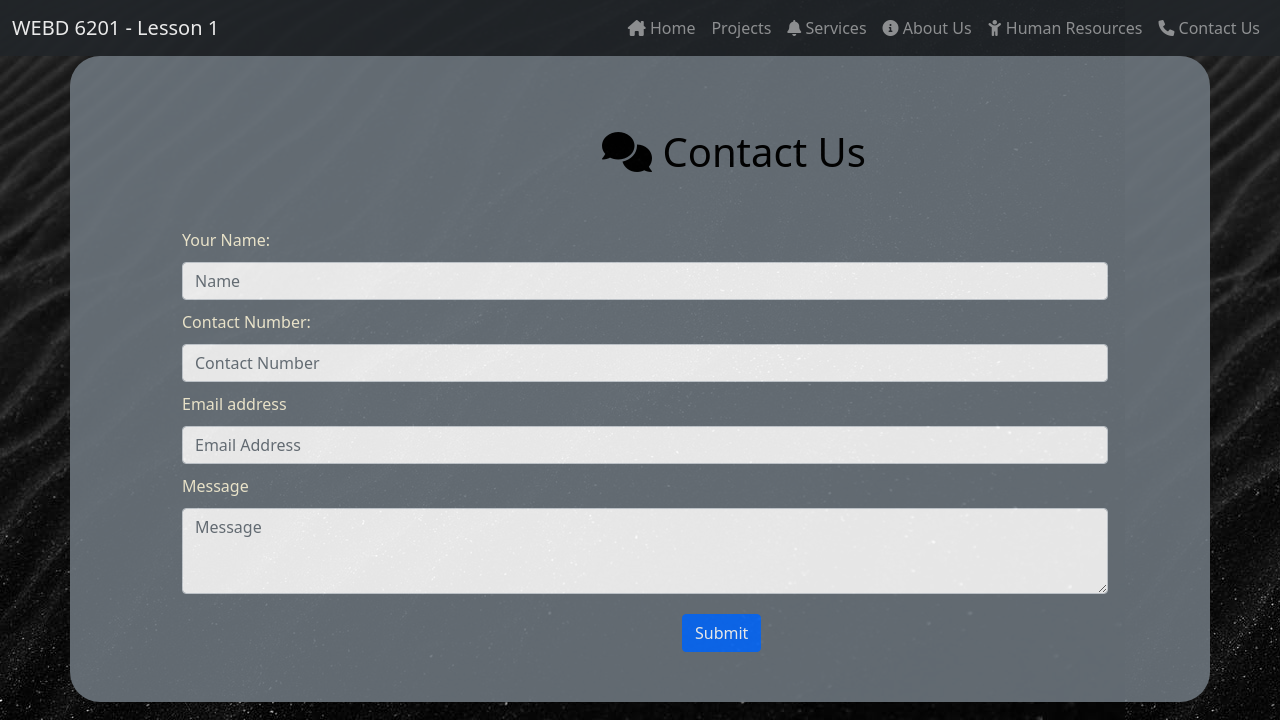
Repository: devanshudave1901/DevanshuDave_AngaranYogeswaranLab2
Page: contact.html
The author's editor kept a copy of each file at every save. The page is drawn from the files as they stood at one save, then again after the next save.
The browser window is 1280 px wide. The pictures show the whole page.

Above is the page before, as saved 2022-02-11 22:23:24.

After the next save:
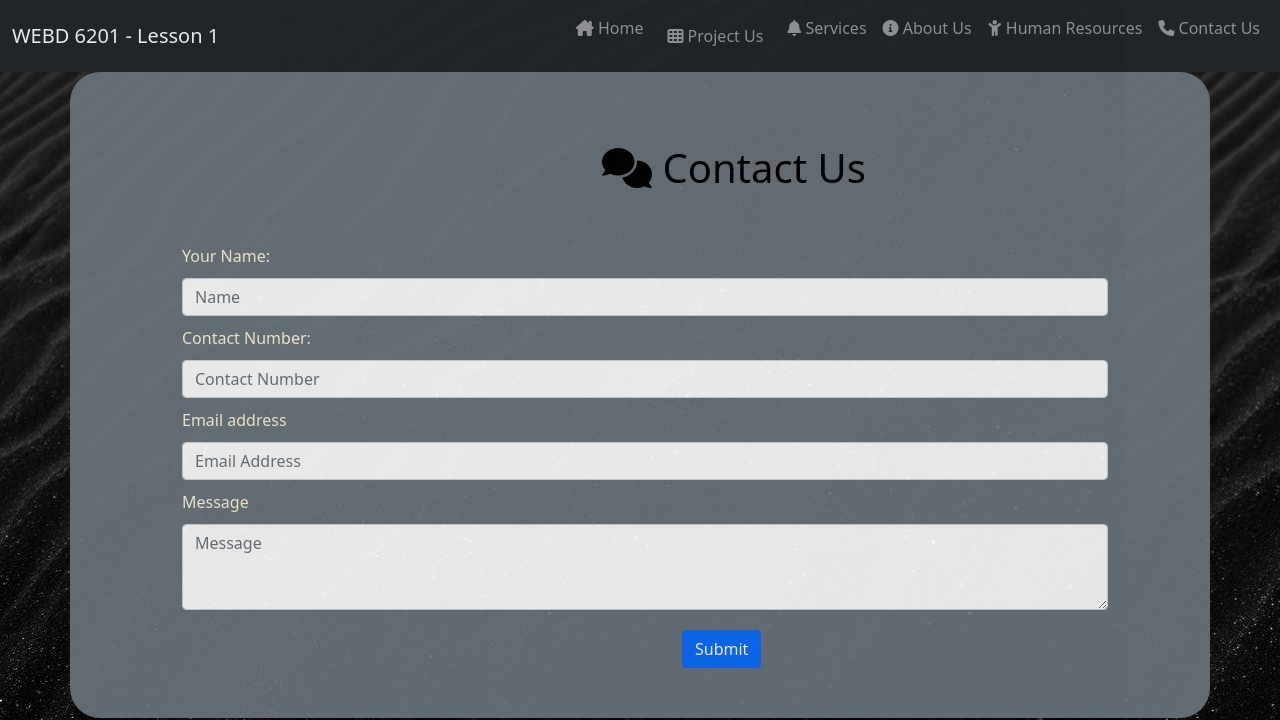
Saved 93 s later.
--- a/Scripts/app.js
+++ b/Scripts/app.js
@@ -53,8 +53,9 @@
   // setting it to empty
   currentLink1.textContent = "";
   // need to add the icon in js
-  currentLink1.innerHTML = "<i class='fa-solid fa-th'></i>";
-  currentLink1.textContent = "Projects";
+  currentLink1.innerHTML =
+    " <a class='nav-link' href='#'> <i class = 'fa-solid fa-th'></i> Project Us</a>";
+  // currentLink1.textContent = "Projects";
 
   var humanResourcesLink = document.getElementById("humanResources");
   humanResourcesLink.innerHTML =

After the save that followed:
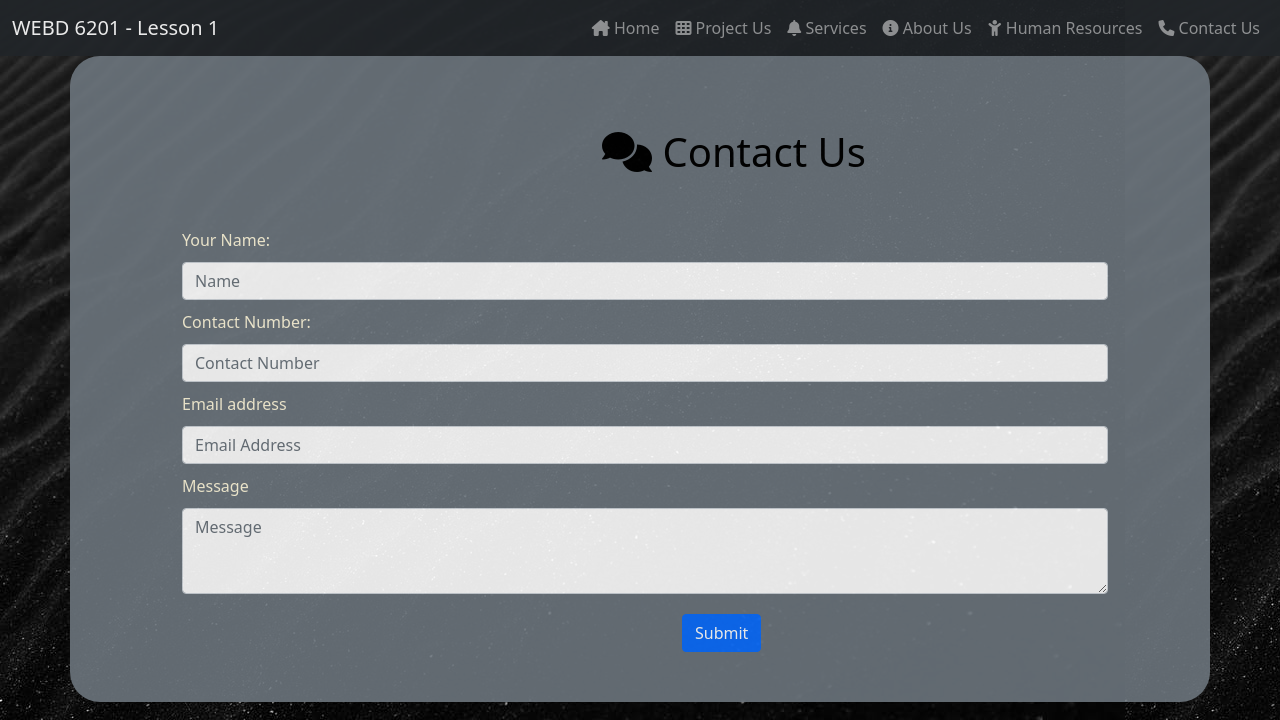
Saved 15 s later.
--- a/Scripts/app.js
+++ b/Scripts/app.js
@@ -53,8 +53,7 @@
   // setting it to empty
   currentLink1.textContent = "";
   // need to add the icon in js
-  currentLink1.innerHTML =
-    " <a class='nav-link' href='#'> <i class = 'fa-solid fa-th'></i> Project Us</a>";
+  currentLink1.innerHTML = "<i class = 'fa-solid fa-th'></i> Project Us";
   // currentLink1.textContent = "Projects";
 
   var humanResourcesLink = document.getElementById("humanResources");
